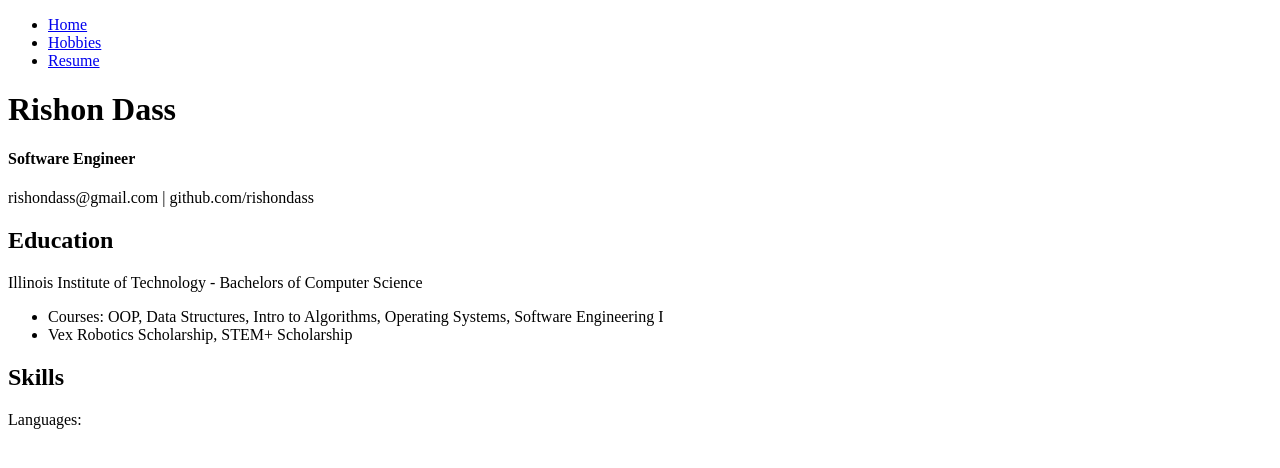
Repository: rishondass/ITMD361-Project1
Page: resume.html
An editor plug-in stored every save of this project. The page is shown before and after the next save, followed by the edit.
The browser window is 1280 px wide. The pictures show the whole page.

Above is the page before, as saved 2023-02-22 15:21:14.

### resume.html
<!DOCTYPE html>
<html lang="en">
<head>
    <meta charset="UTF-8">
    <meta name="viewport" content="width=device-width, initial-scale=1.0">
    <title>Resume</title>
</head>
<body>
    <nav>
        <ul>
            <li>
                <a href="index.html">Home</a>
            </li>
            <li>
                <a href="hobbies.html">Hobbies</a>
            </li>
            <li>
                <a href="resume.html">Resume</a>
            </li>
        </ul>
    </nav>
    <div>
        <h1>
            Rishon Dass
        </h1>
        <h4>
            Software Engineer
        </h4>
        <p>
            rishondass@gmail.com | github.com/rishondass
        </p>
    </div>
    <div>
        <h2>
            Education
        </h2>
        <p>
            Illinois Institute of Technology - Bachelors of Computer Science
        </p>
        <ul>
            <li>
                Courses: OOP, Data Structures, Intro to Algorithms, Operating Systems, Software Engineering I
            </li>
            <li>
                Vex Robotics Scholarship, STEM+ Scholarship
            </li>
        </ul>
    </div>
    <div>
        <h2>
            Skills
        </h2>
        <p>
            Languages:
        </p>
    </div>
</body>
</html>

After the next save:
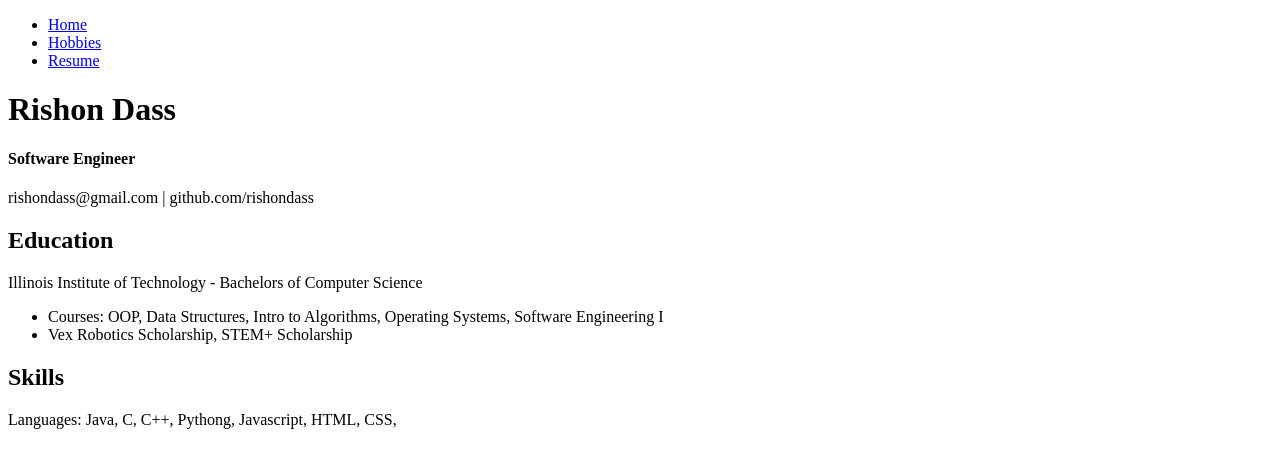
Saved 11 s later.
--- a/resume.html
+++ b/resume.html
@@ -51,7 +51,7 @@
             Skills
         </h2>
         <p>
-            Languages:
+            Languages: Java, C, C++, Pythong, Javascript, HTML, CSS,
         </p>
     </div>
 </body>
